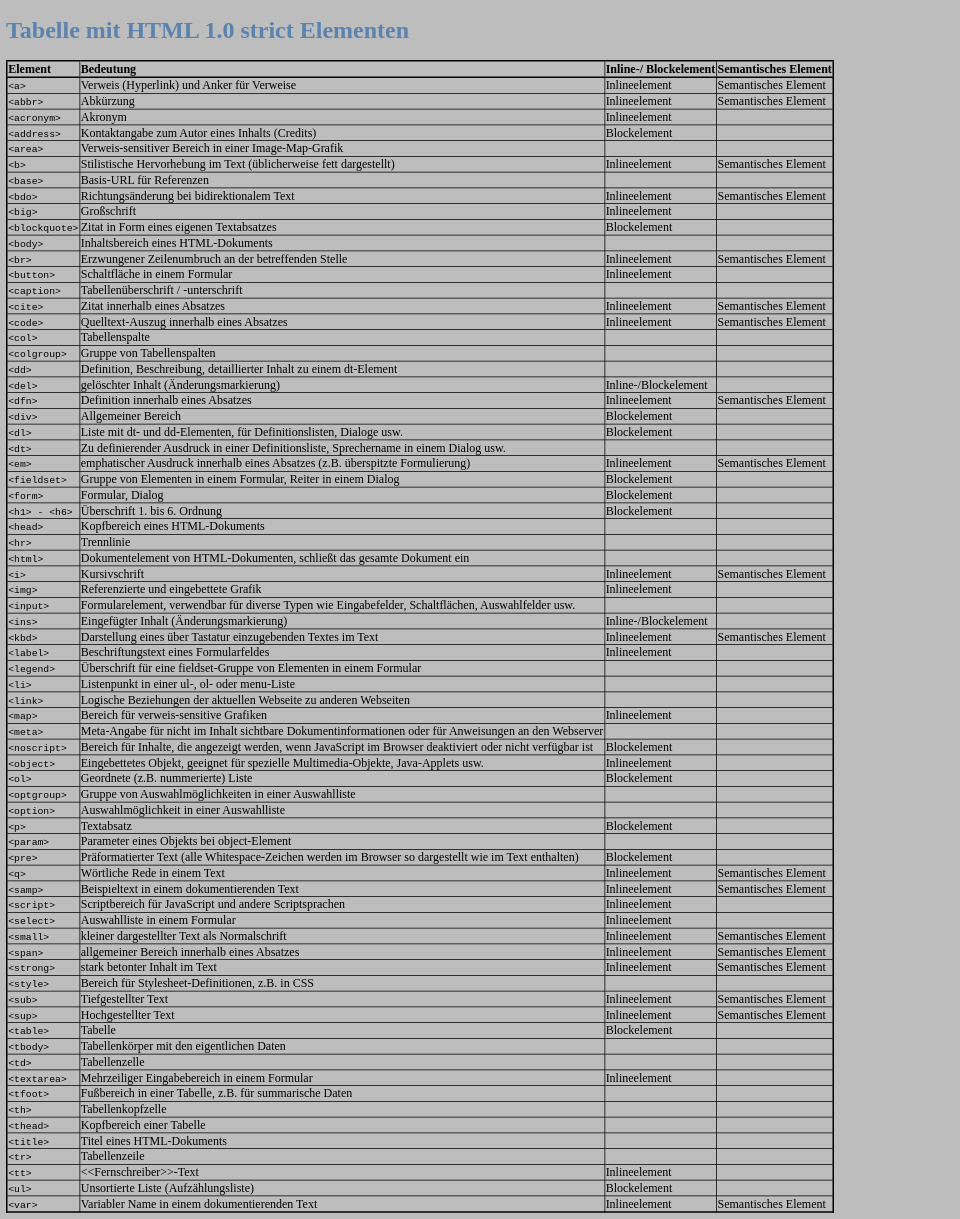
Repository: pLurchi/MyWebengineeringRepo
Page: RemoteSystemsTempFiles/HA-Kapitel06/WebContent/index.html
The author's editor kept a copy of each file at every save. The page is drawn from the files as they stood at one save, then again after the next save.
The browser window is 1280 px wide. The pictures show the whole page, at 75% of full size.

Above is the page before, as saved 2013-11-30 10:03:02.

After the next save:
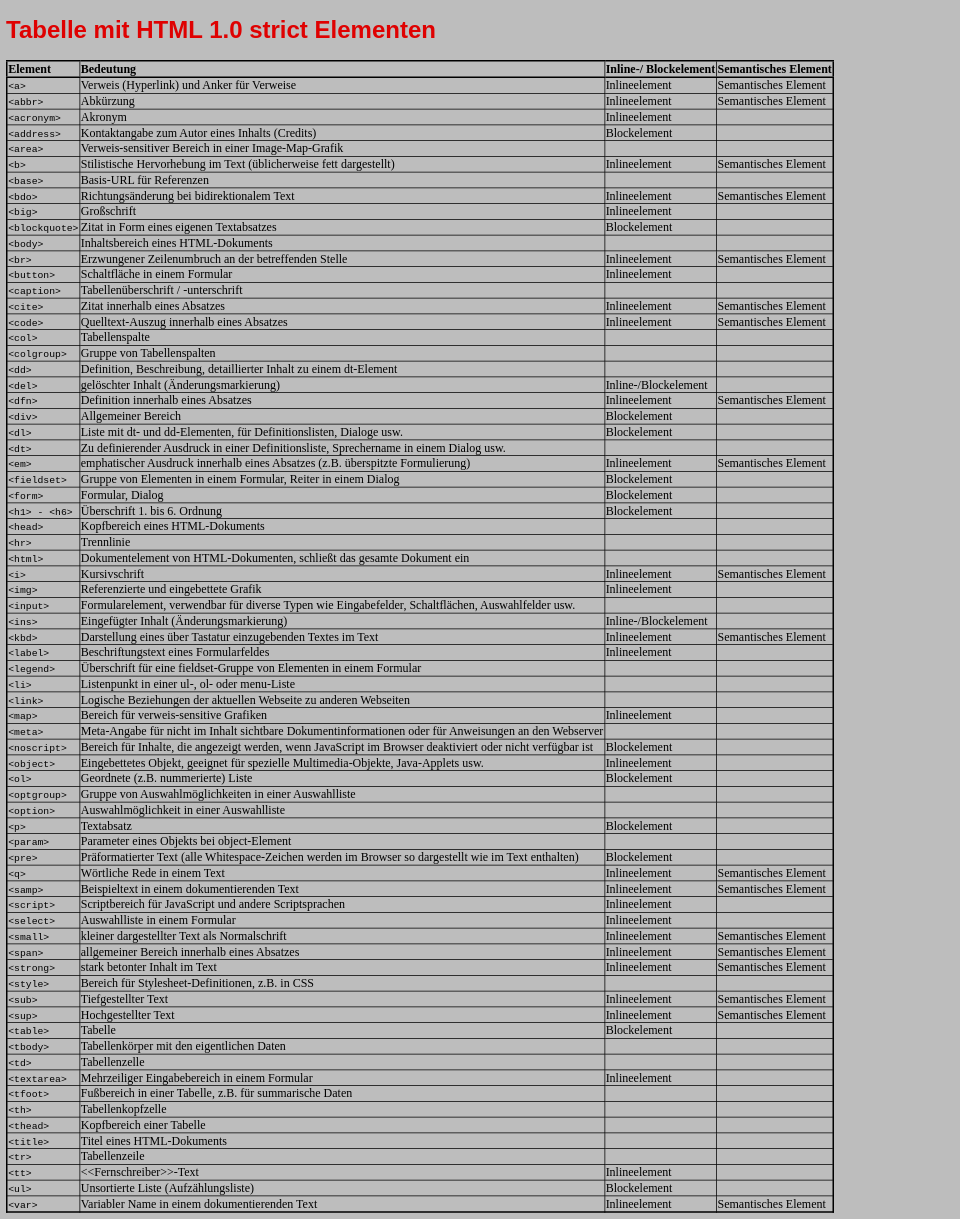
Saved 101 s later.
--- a/RemoteSystemsTempFiles/HA-Kapitel06/WebContent/CSS/stylesheet.css
+++ b/RemoteSystemsTempFiles/HA-Kapitel06/WebContent/CSS/stylesheet.css
@@ -11,28 +11,25 @@ body {
 }
 
 h1 {
-	color: #5B83AD;
+	font-family:sans-serif;
+	color: #DF0101;
 }
 
 
 #headerdiv {
 	display:block;
-	align: center;
 }
 #bodydiv {
 	display:block;
-	align: center;
 }
 #footerdiv {
 	display:block;
 	clear:both;
-	align: center;
 }
 
 table {
 	border: 2px solid black;
 	border-collapse: collapse;
-	align: center;
 }
 
 th {
